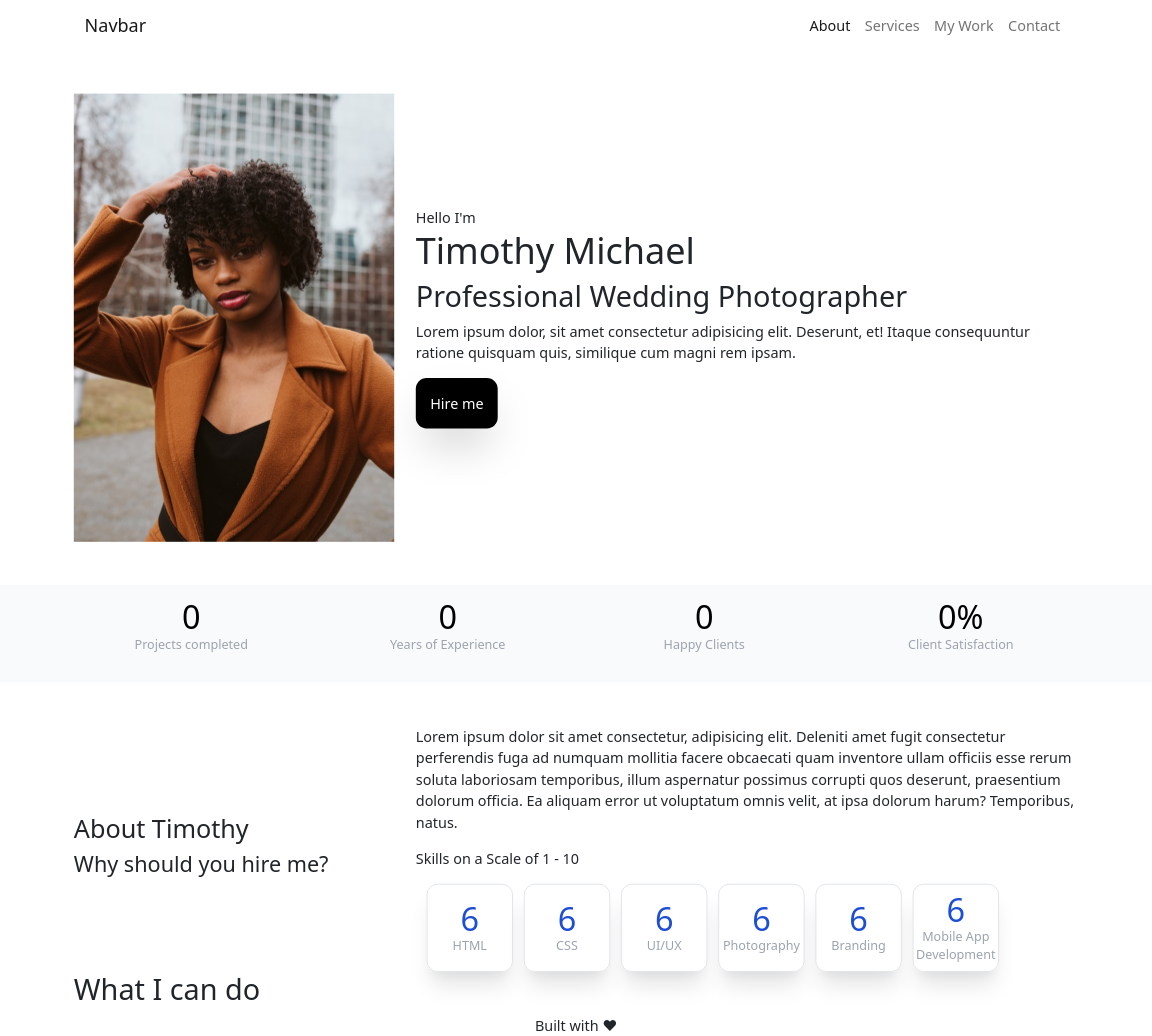
Repository: latenightsnacc/giggles
Page: HTML/freelancer.html
These files come from the project's save history. The page is drawn as it stood at one moment and after the next save; the edit follows.
The browser window is 1280 px wide. The pictures show the whole page, at 90% of full size.
Some web libraries are served in a nearby version.

Above is the page before, as saved 2021-01-03 15:33:37.

### HTML/freelancer.html
<!DOCTYPE html>
<html lang="en">
<head>
    <meta charset="UTF-8">
    <meta name="viewport" content="width=device-width, initial-scale=1.0">
    <link href="https://cdnjs.cloudflare.com/ajax/libs/tailwindcss/2.0.2/tailwind.min.css" rel="stylesheet">
    <link rel="stylesheet" href="https://stackpath.bootstrapcdn.com/font-awesome/4.7.0/css/font-awesome.min.css" />
    <link href="https://cdn.jsdelivr.net/npm/bootstrap@5.0.0-beta1/dist/css/bootstrap.min.css" rel="stylesheet" integrity="sha384-giJF6kkoqNQ00vy+HMDP7azOuL0xtbfIcaT9wjKHr8RbDVddVHyTfAAsrekwKmP1" crossorigin="anonymous">
    <title>Freelancer Page</title>
</head>
<body>
    <header class="container">
        <nav class="navbar navbar-expand-lg navbar-light bg-white">
            <div class="container-fluid">
              <a class="navbar-brand" href="#">Navbar</a>
              <button class="navbar-toggler" type="button" data-bs-toggle="collapse" data-bs-target="#navbarNavDropdown" aria-controls="navbarNavDropdown" aria-expanded="false" aria-label="Toggle navigation">
                <span class="navbar-toggler-icon"></span>
              </button>
              <div class="collapse navbar-collapse" id="navbarNavDropdown">
                <ul class="navbar-nav ml-auto">
                  <li class="nav-item">
                    <a class="nav-link active" aria-current="page" href="#">About</a>
                  </li>
                  <li class="nav-item">
                    <a class="nav-link" href="#">Services</a>
                  </li>
                  <li class="nav-item">
                    <a class="nav-link" href="#">My Work</a>
                  </li>
                  <li class="nav-item">
                    <a class="nav-link" href="#">Contact</a>
                  </li>
                  <!-- <li class="nav-item dropdown">
                    <a class="nav-link dropdown-toggle" href="#" id="navbarDropdownMenuLink" role="button" data-bs-toggle="dropdown" aria-expanded="false">
                      Dropdown link
                    </a>
                    <ul class="dropdown-menu" aria-labelledby="navbarDropdownMenuLink">
                      <li><a class="dropdown-item" href="#">Action</a></li>
                      <li><a class="dropdown-item" href="#">Another action</a></li>
                      <li><a class="dropdown-item" href="#">Something else here</a></li>
                    </ul>
                  </li> -->
                </ul>
              </div>
            </div>
        </nav>
    </header>
    <main>
        <!--User Banner-->
        <div class="container mt-5">
            <div class="row flex items-center h-auto">
                <div class="col-sm-12 col-md-4 col-lg-4 col-xl-4">
                    <img src="assets/userDp.jpg" alt="Profile Picture">
                </div>
                <div class="col-sm-12 col-md-8 col-lg-8 col-xl-8">
                    <div class="user-info">
                        <span>Hello I'm</span>
                        <h1>Timothy Michael</h1>
                        <h2>Professional Wedding Photographer</h2>
                        <p>Lorem ipsum dolor, sit amet consectetur adipisicing elit. Deserunt, et! Itaque consequuntur ratione quisquam quis, similique cum magni rem ipsam.</p>
                        <button class="bg-black text-white p-3 semi-bold rounded-xl shadow-2xl">Hire me</button>
                    </div>
                </div>
            </div>
        </div>
        <!--User Statisitics-->
        <div class="stats w-full bg-gray-50 flex items-center h-auto py-3 mt-5">
            <div class="container">
                <div class="row">
                    <div class="stat-box col text-center">
                        <div class="bold text-4xl text-black">0</div>
                        <p class="text-sm text-gray-400">Projects completed</p>

                    </div>
                    <div class="stat-box col text-center">
                        <div class="bold text-4xl text-black">0</div>
                        <p class="text-sm text-gray-400">Years of Experience</p>
                    </div>
                    <div class="stat-box col text-center">
                        <div class="bold text-4xl text-black">0</div>
                        <p class="text-sm text-gray-400">Happy Clients</p>
                    </div>
                    <div class="stat-box col text-center">
                        <div class="bold text-4xl text-black">0%</div>
                        <p class="text-sm text-gray-400">Client Satisfaction</p>
                    </div>
                </div>
            </div>
        </div>
        <!--About User-->
        <div class="container">
            <div class="row h-auto flex flex-row items-center">
                <div class="col-sm-12 col-md-6 col-lg-4 col-xl-4 pt-5">
                    <h3>About Timothy</h3>
                    <h4>Why should you hire me?</h4>
                </div>
                <div class="col-sm-12 col-md-6 col-lg-8 col-xl-8 pt-5">
                    <p>Lorem ipsum dolor sit amet consectetur, adipisicing elit. Deleniti amet fugit consectetur perferendis fuga ad numquam mollitia facere obcaecati quam inventore ullam officiis esse rerum soluta laboriosam temporibus, illum aspernatur possimus corrupti quos deserunt, praesentium dolorum officia. Ea aliquam error ut voluptatum omnis velit, at ipsa dolorum harum? Temporibus, natus.</p>
                    <span class="bold">Skills on a Scale of 1 - 10</span>
                    <div class="d-flex flex-wrap">
                        <div class="skill-box shadow-xl max-w-sm w-24 p-2 ml-3 mt-3 border border-gray-100 rounded-xl flex flex-col items-center justify-center text-center">

                            <span class="text-blue-700 bold text-4xl">6</span>
                            <div class="text-sm text-gray-400">HTML</div>
                        </div>
                        <div class="skill-box shadow-xl max-w-sm w-24 p-2 ml-3 mt-3 border border-gray-100 rounded-xl flex flex-col items-center justify-center text-center">

                            <span class="text-blue-700 bold text-4xl">6</span>
                            <div class="text-sm text-gray-400">CSS</div>
                        </div>
                        <div class="skill-box shadow-xl max-w-sm w-24 p-2 ml-3 mt-3 border border-gray-100 rounded-xl flex flex-col items-center justify-center text-center">

                            <span class="text-blue-700 bold text-4xl">6</span>
                            <div class="text-sm text-gray-400">UI/UX</div>
                        </div>
                        <div class="skill-box shadow-xl max-w-sm w-24 p-2 ml-3 mt-3 border border-gray-100 rounded-xl flex flex-col items-center justify-center text-center">

                            <span class="text-blue-700 bold text-4xl">6</span>
                            <div class="text-sm text-gray-400">Photography</div>
                        </div>
                        <div class="skill-box shadow-xl max-w-sm w-24 p-2 ml-3 mt-3 border border-gray-100 rounded-xl flex flex-col items-center justify-center text-center">

                            <span class="text-blue-700 bold text-4xl">6</span>
                            <div class="text-sm text-gray-400">Branding</div>
                        </div>
                        <div class="skill-box shadow-xl max-w-sm w-24 p-2 ml-3 mt-3 border border-gray-100 rounded-xl flex flex-col items-center justify-center text-center">

                            <span class="text-blue-700 bold text-4xl">6</span>
                            <div class="text-sm text-gray-400">Mobile App Development</div>
                        </div>
                    </div>
                </div>
            </div>
        </div>
        <!--Services User Provides-->
        <div class="container">
            <h2>What I can do</h2>
        </div>
    </main>
    <footer class="text-center">Built with &hearts; </footer>
    <script src="https://cdn.jsdelivr.net/npm/bootstrap@5.0.0-beta1/dist/js/bootstrap.bundle.min.js" integrity="sha384-ygbV9kiqUc6oa4msXn9868pTtWMgiQaeYH7/t7LECLbyPA2x65Kgf80OJFdroafW" crossorigin="anonymous"></script>

</body>
</html>

After the next save:
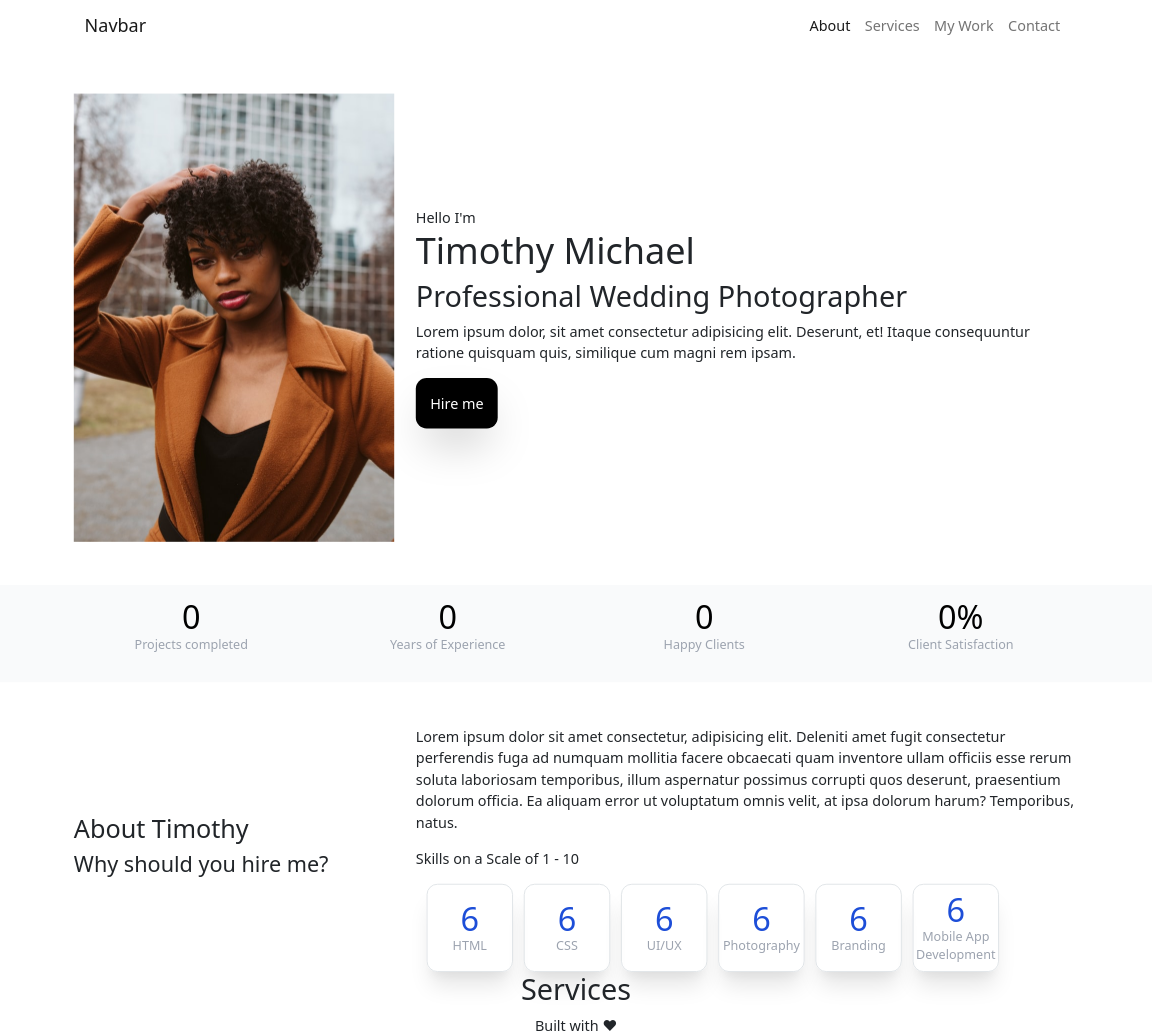
Saved 26 s later.
--- a/HTML/freelancer.html
+++ b/HTML/freelancer.html
@@ -134,7 +134,7 @@
         </div>
         <!--Services User Provides-->
         <div class="container">
-            <h2>What I can do</h2>
+            <h2 class="text-center">Services</h2>
         </div>
     </main>
     <footer class="text-center">Built with &hearts; </footer>
